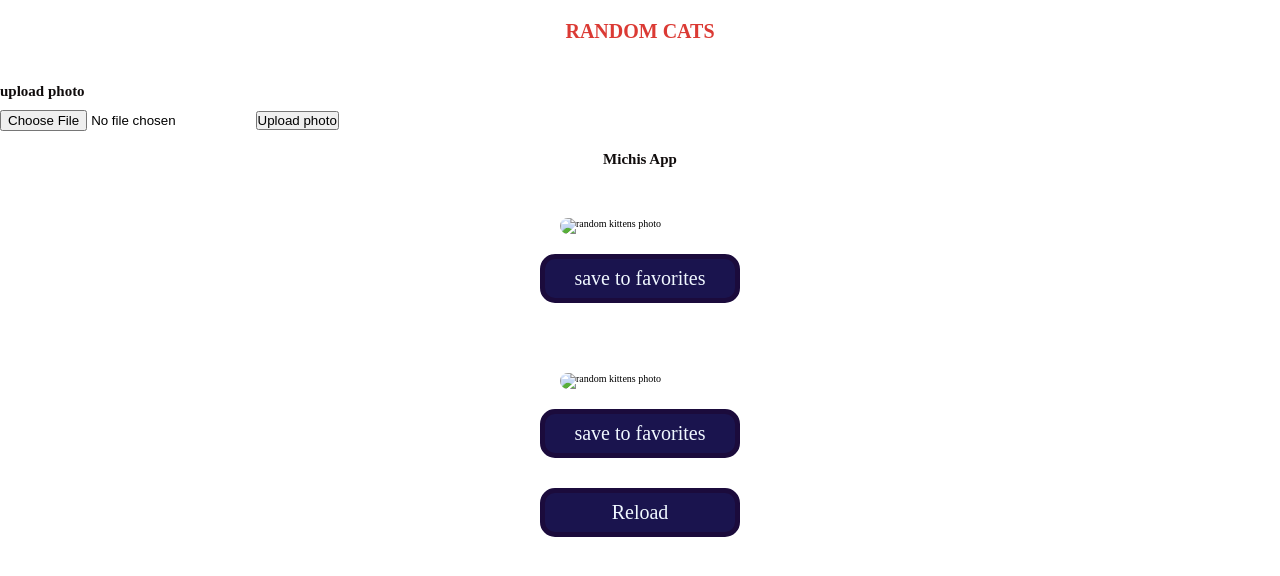
Repository: elto82/ConsumoAPIRESTjs
Page: index.html
An editor plug-in stored every save of this project. The page is shown before and after the next save, followed by the edit.
The browser window is 1280 px wide. The pictures show the whole page.
The page's requests for data from a server got no answer.

Above is the page before, as saved 2022-07-04 21:41:37.

### index.html
<!DOCTYPE html>
<html lang="en">

<head>
  <meta charset="UTF-8">
  <meta http-equiv="X-UA-Compatible" content="IE=edge">
  <meta name="viewport" content="width=device-width, initial-scale=1.0">
  <title>Random Cats</title>
  <link rel="stylesheet" href="style.css">
</head>

<body>
  <header>
    <h1>Random Cats</h1>
  </header>
  <span id="error"></span>


  <section id="uploadingMichi" class="cards__container">
    <h2>upload photo</h2>
    <form id="uploadingForm">
      <input id="fileSelector" type="file" name="file" accept="image/*">

      <button type="button" onclick="uploadMichiPhoto()">
        Upload photo<i class="fa-solid fa-paper-plane"></i>
      </button>
      <div id="preview-zone">

      </div>
    </form>
  </section>

  <section id="randomMichis" class="container">
    <h2>Michis App</h2>

    <article>
      <img id="img1" alt="random kittens photo" class="image">
      <button id="btn1" class="random-cat-button">
        save to favorites
      </button>
    </article>
    <article>
      <img id="img2" alt="random kittens photo" class="image">
      <button id="btn2" class="random-cat-button">
        save to favorites
      </button>
    </article>

    <button class="random-cat-button" onclick="loadRandomMichis()">
      Reload
    </button>

  </section>
  <section id="favoriteMichis">

  </section>

  <script src="https://cdn.jsdelivr.net/npm/axios/dist/axios.min.js"></script>
  <script src="./main.js"></script>
</body>

</html>

### style.css
* {
  box-sizing: border-box;
  margin: 0px;
  padding: 0px;
}
html {
  font-size: 62.5%;
}
body {
  font-family: 'Square Peg', cursive;
}
header {
  display: flex;
  justify-content: center;
}

h1 {
  margin: 20px 0;
  color: #DB3A34;
  font-weight: 800;
  text-transform: uppercase;
}

h2 {
  color: #100c0c;
  margin: 0 0 1rem 0;
}

#error {
  color: rgb(20, 17, 17);
  display: block;
  margin-bottom: 20px;
  margin-left: 1rem;
}

article{
  display: flex;
  flex-direction: column;
  justify-content: center;
  place-items: center;
  padding: 20px;
}


.container {
  display: flex;
  flex-direction: column;
  justify-content: center;
  place-items: center;
  padding: 20px;
}
.container .image {
  border-radius: 20px;
  margin: 20px;
  width: 80%;
  height: auto;
}
.random-cat-button {
  align-items: center;
  background-color: rgb(26, 20, 78);
  border: 5px solid rgb(27, 11, 60);
  border-radius: 15px;
  color: aliceblue;
  cursor: pointer;
  font-family: 'Pacifico', cursive;
  font-size: 2rem;
  padding: 0.8rem;
  width: 20rem;
  height: auto;
  margin-bottom: 1rem;
}
.random-cat-button:hover {
  border: 5px solid rgb(36, 16, 71);
  background-color: rgb(33, 14, 62);
}

#file-preview{
  width: 300px;
  height: auto;
  margin: 20px 20px;
}

### main.js
const api = axios.create({
  baseURL: 'https://api.thecatapi.com/v1'
});
api.defaults.headers.common['X-API-KEY'] = '11fb4c78-96c8-403c-b282-b8c4d38b4b60';


/*--------------------------------------------- endpoint
const API_URL = "https://api.thecatapi.com/v1/images/search"; */
/* --------------------------------------------------------query parameters */
const API_URL_random = "https://api.thecatapi.com/v1/images/search?limit=2";
const API_URL_favorites = "https://api.thecatapi.com/v1/favourites";
const API_URL_upload = "https://api.thecatapi.com/v1/images/upload";

const API_URL_favorites_delete = (id) =>
  `https://api.thecatapi.com/v1/favourites/${id}`;

const spanError = document.getElementById("error");

async function loadRandomMichis() {
  const res = await fetch(API_URL_random);
  const data = await res.json();

  console.log(data);
  console.log("loadRandomMichis");

  if (res.status !== 200) {
    spanError.innerHTML = `hubo un error: ${res.status} ${data.message}`;
  } else {
    const img1 = document.getElementById("img1");
    const img2 = document.getElementById("img2");
    const btn1 = document.getElementById("btn1");
    const btn2 = document.getElementById("btn2");

    img1.src = data[0].url;
    img2.src = data[1].url;
    btn1.onclick = () => saveFavoriteMichi(data[0].id);
    btn2.onclick = () => saveFavoriteMichi(data[1].id);
  }
}

async function loadFavoriteMichis() {
  const res = await fetch(API_URL_favorites, {
    method: "GET",
    headers: {
      "X-API-KEY": "11fb4c78-96c8-403c-b282-b8c4d38b4b60",
    },
  });
  const data = await res.json();

  console.log(data);
  console.log("loadFavoriteMichis");

  if (res.status !== 200) {
    spanError.innerHTML = `Hubo un error: ${res.status} ${data.message}`;
  } else {
    const section = document.getElementById("favoriteMichis");
    section.innerHTML = "";
    const h2 = document.createElement("h2");
    const h2Text = document.createTextNode("Michis Favorites");
    h2.appendChild(h2Text);
    section.appendChild(h2);

    data.forEach((michi) => {
      const article = document.createElement("article");
      const img = document.createElement("img");
      const btn = document.createElement("button");
      const btnText = document.createTextNode("remove michi");

      btn.appendChild(btnText);
      btn.onclick = () => deleteFavoriteMichi(michi.id);
      img.src = michi.image.url;
      img.width = 150;
      article.appendChild(img);
      article.appendChild(btn);
      section.appendChild(article);
    });
  }
}

async function saveFavoriteMichi(id) {
  const { data, status } = await api.post('/favourites', {
    image_id: id,
  });
  /* const res = await fetch(API_URL_favorites, {
    method: "POST",
    headers: {
      "Content-Type": "application/json",
      "X-API-KEY": "11fb4c78-96c8-403c-b282-b8c4d38b4b60",
    },
    body: JSON.stringify({
      image_id: id,
    }),
  });
  const data = await res.json(); */

  console.log("save");
  //console.log(res);

  if (status !== 200) {
    spanError.innerHTML = `Hubo un error: ${status} ${data.message}`;
  } else {
    console.log("michi guardado en favoritos");
    loadFavoriteMichis();
  }
}

async function deleteFavoriteMichi(id) {
  const res = await fetch(API_URL_favorites_delete(id), {
    method: "DELETE",
    headers: {
      "X-API-KEY": "11fb4c78-96c8-403c-b282-b8c4d38b4b60",
    },
  });
  const data = await res.json();

  if (res.status !== 200) {
    spanError.innerHTML = `Hubo un error: ${res.status} ${data.message}`;
  } else {
    console.log("michi eliminado de favoritos");
    loadFavoriteMichis();
  }
}

async function uploadMichiPhoto() {
  const form = document.getElementById("uploadingForm");
  const formData = new FormData(form);

  console.log(formData.get("file"));

  const res = await fetch(API_URL_upload, {
    method: "POST",
    headers: {
      //"Content-Type": "multipart/form-data",
      "X-API-KEY": "11fb4c78-96c8-403c-b282-b8c4d38b4b60",
    },
    body: formData,
  });
  const data = await res.json();

  if (res.status !== 201) {
    spanError.innerText = "Hubo un error: " + res.status + " " + data.message;
  } else {
    console.log("Michi cargado correctamente");
    console.log({ data });
    console.log(data.url);
    saveFavoriteMichi(data.id);
    loadRandomMichis();
  }
}

/* const previewImage = () => {
  const file = document.getElementById("file").files;
  console.log(file);
  if (file.length > 0) {
    const fileReader = new FileReader();

    fileReader.onload = function(e) {
      document.getElementById("preview").setAttribute("src", e.target.result);
    };
    fileReader.readAsDataURL(file[0]);
  }
} */

function readFile(input) {
  if (input.files && input.files[0]) {
    var reader = new FileReader();
    reader.onload = function (e) {
      var filePreview = document.createElement("img");
      filePreview.id = "file-preview";
      //Aca se guarda la imagen en base 64
      filePreview.src = e.target.result;
      console.log(e.target.result);

      var previewZone = document.getElementById("preview-zone");
      previewZone.appendChild(filePreview);
    };

    reader.readAsDataURL(input.files[0]);
  }
}
var fileUpload = document.getElementById("fileSelector");
fileUpload.onchange = function (e) {
  readFile(e.srcElement);

};

loadRandomMichis();
loadFavoriteMichis();

After the next save:
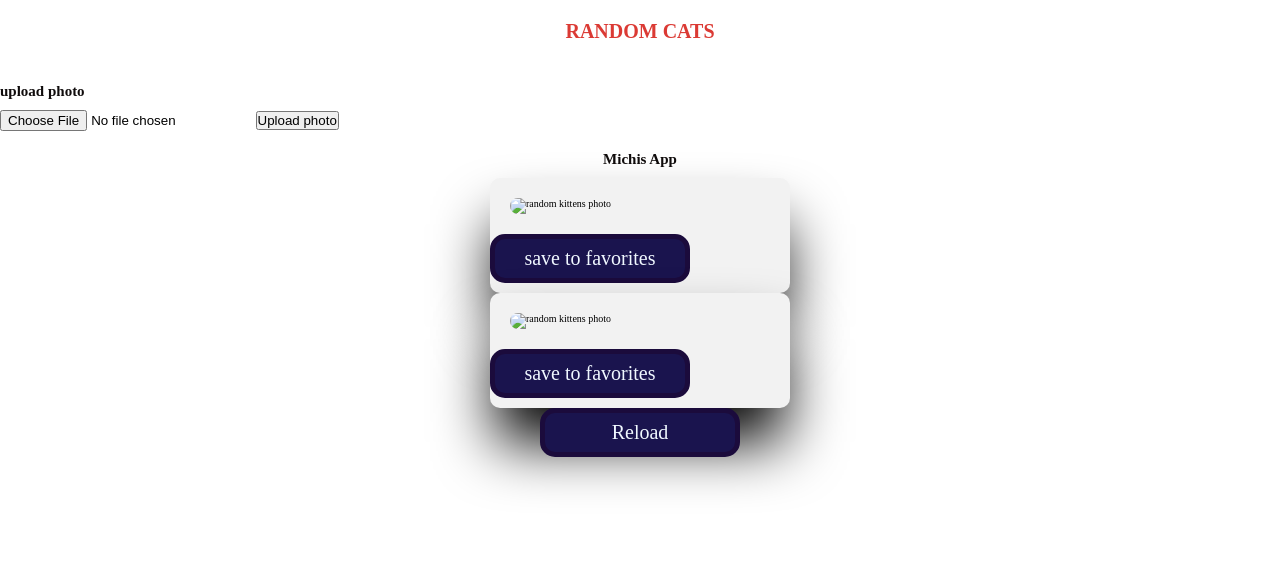
Saved 83 s later.
--- a/style.css
+++ b/style.css
@@ -34,11 +34,11 @@
 }
 
 article{
-  display: flex;
-  flex-direction: column;
-  justify-content: center;
-  place-items: center;
-  padding: 20px;
+  width: 300px;
+  margin: 0 auto;
+  background-color: #f2f2f2;
+  box-shadow: 0 40px 60px -6px black;
+  border-radius: 10px;
 }
 
 

After the 2 saves that followed:
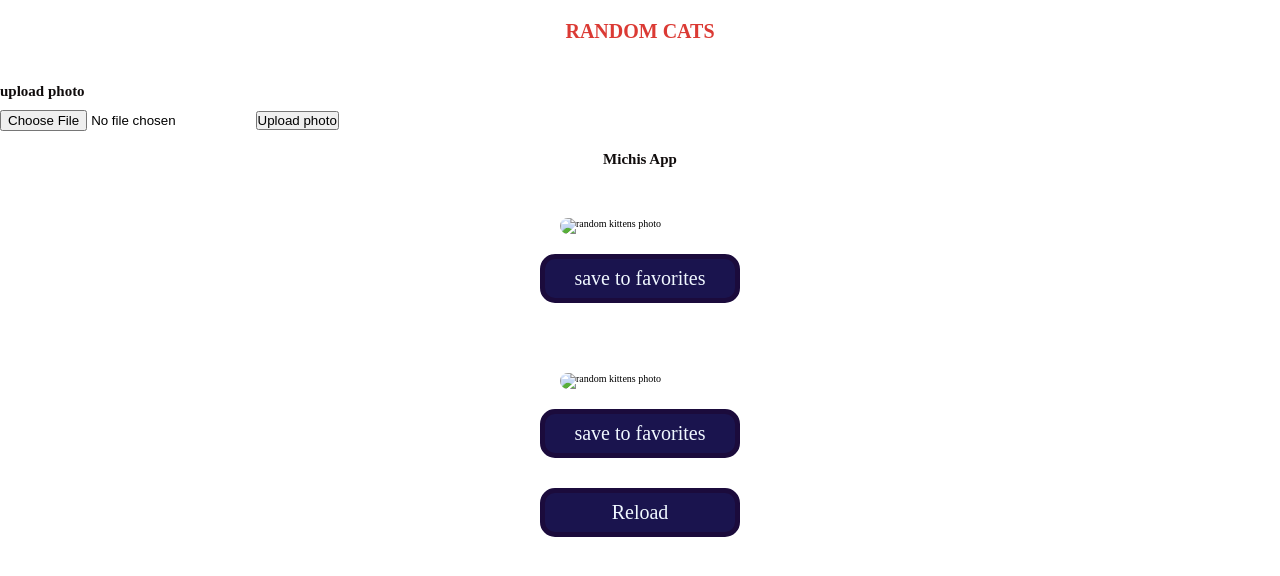
The 2 saves are shown as one change because 1 left the picture as it was.
The last was saved 28 s later.
--- a/style.css
+++ b/style.css
@@ -34,11 +34,11 @@
 }
 
 article{
-  width: 300px;
-  margin: 0 auto;
-  background-color: #f2f2f2;
-  box-shadow: 0 40px 60px -6px black;
-  border-radius: 10px;
+  display: flex;
+  flex-direction: column;
+  justify-content: center;
+  place-items: center;
+  padding: 20px;
 }
 
 
